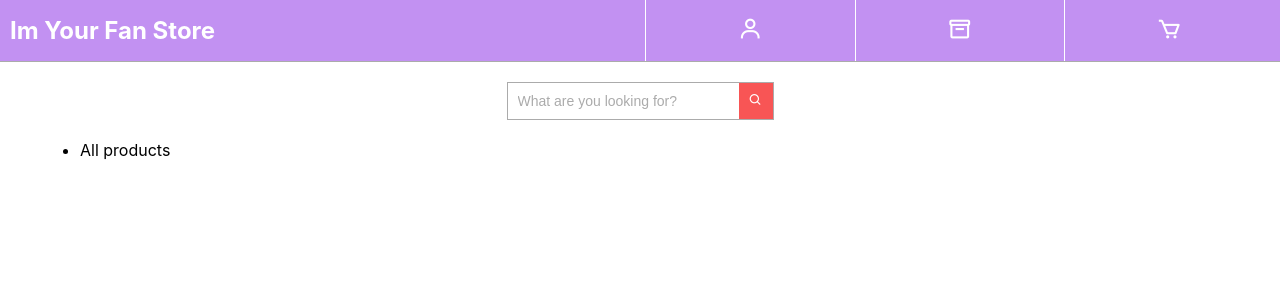
Repository: imyourfan-store/e-commerce
Page: /
An editor plug-in stored every save of this project. The page is shown before and after the next save, followed by the edit.
The browser window is 1280 px wide. The pictures show the whole page.
The page's requests for data from a server got no answer. The project was rebuilt for these pictures with package versions that can differ from the ones it lists, and the page was loaded fresh each time. No one was signed in, and anything a server would have sent is missing. Also part of the build but not shown: vite.config.js, src/components/home/styles/ProductCard.css, src/components/home/ProductCard.jsx, src/pages/styles/Login.css, src/pages/Login.jsx, src/components/productId/styles/ProductInfo.css, src/components/productId/ProductInfo.jsx, src/components/productId/SimilarProducts.jsx and 14 more.

Above is the page before, as saved 2024-11-04 12:02:34.

### index.html
<!DOCTYPE html>
<html lang="en">
  <head>
    <meta charset="UTF-8" />
    <link rel="icon" type="image/svg+xml" href="/Icono Redes Sociales - IYF.jpg" />
    <meta name="viewport" content="width=device-width, initial-scale=1.0" />
    <link
      href="https://unpkg.com/boxicons@2.1.4/css/boxicons.min.css"
      rel="stylesheet"
    />
    <title>Im Your Fan Store</title>
  </head>
  <body>
    <div id="root"></div>
    <script type="module" src="/src/main.jsx"></script>
  </body>
</html>

### src/main.jsx
import React from 'react'
import ReactDOM from 'react-dom/client'
import App from './App'
import './index.css'
import { HashRouter } from 'react-router-dom'
import { Provider } from 'react-redux'
import store from './store'

ReactDOM.createRoot(document.getElementById('root')).render(
  <React.StrictMode>
    <HashRouter>
      <Provider store={store}>
        <App />
      </Provider>
    </HashRouter>
  </React.StrictMode>,
)

### src/App.jsx
import { Route, Routes } from 'react-router-dom'
import './App.css'
import Home from './pages/Home'
import Login from './pages/Login'
import ProductId from './pages/ProductId'
import Purchases from './pages/Purchases'
import Cart from './pages/Cart'
import ProtectedRoutes from './components/app/ProtectedRoutes'
import Header from './layout/Header'

function App() {

  return (
    <div className="App">
      <Header />
      <Routes>
        <Route path='/' element={<Home />} />
        <Route path='/login' element={<Login />} />
        <Route path='/products/:id' element={<ProductId />} />

        <Route element={<ProtectedRoutes />}>
          <Route path='/purchases' element={<Purchases />} />
          <Route path='/cart' element={<Cart />} />
        </Route>
      </Routes>
    </div>
  )
}

export default App

### src/index.css
:root {
  --color-gray: #ababab;
  --color-red: #f85555;
}

/* Reset */
* {
  box-sizing: border-box;
}

body {
  margin: 0;
  font-family: 'Inter', sans-serif;
}

img {
  width: 100%;
  display: block;
}

a {
  font-family: inherit;
  text-decoration: none;
}

input {
  outline: none;
}

### src/store/index.js
import { configureStore } from '@reduxjs/toolkit'
import products from './slices/products.slice'
import userInfo from './slices/userInfo.slice'
import cart from './slices/cart.slice'

export default configureStore({
  reducer: { products, userInfo, cart },
})

### src/pages/Home.jsx
import React, { useEffect, useState } from 'react';
import { useDispatch, useSelector } from 'react-redux';
import { getAllProducts } from '../store/slices/products.slice';
import ProductCard from '../components/home/ProductCard';
import Categories from '../components/home/Categories';
import './styles/Home.css';

const Home = () => {
  const [nameProduct, setNameProduct] = useState('');
  const [filterProducts, setFilterProducts] = useState([]);
  const [category, setCategory] = useState('');

  const products = useSelector((state) => state.products);

  const dispatch = useDispatch();

  const handleSubmit = (e) => {
    e.preventDefault();
    const newName = e.target.nameProduct.value;
    setNameProduct(newName);
  };

  useEffect(() => {
    dispatch(getAllProducts());
  }, []);

  useEffect(() => {
    setFilterProducts(products);
  }, [products]);

  useEffect(() => {
    const newProducts = products.filter(
      (product) =>
        product.name.toLowerCase().includes(nameProduct.toLowerCase()) &&
        (product.Categories[0].id === category || !category)
    );
    setFilterProducts(newProducts);
  }, [nameProduct, category]);

  return (
    <main className="home">
      <form className="home__form" onSubmit={handleSubmit}>
        <div className="home__form-div">
          <input className="home__form-input" type="text" id="nameProduct" placeholder="What are you looking for?" />
          <button className="home__form-btn">
            <i className="bx bx-search"></i>
          </button>
        </div>
      </form>
      <Categories setCategory={setCategory} />
      <section className="home__container">
        {filterProducts.map((product) => (
          <ProductCard key={product.id} product={product} />
        ))}
      </section>
    </main>
  );
};

export default Home;

### src/layout/Header.jsx
import React from 'react'
import { NavLink } from 'react-router-dom'
import './styles/Header.css'

const Header = () => {
  return (
    <header className='header'>
      <NavLink className='header__page-name' to='/'><h1>Im Your Fan Store</h1></NavLink>
      <ul className='header__navbar'>
        <li className='header__link'><NavLink to='/login'><i className='bx bx-user'></i></NavLink></li>
        <li className='header__link'><NavLink to='/purchases'><i className='bx bx-box'></i></NavLink></li>
        <li className='header__link'><NavLink to='/cart'><i className='bx bx-cart'></i></NavLink></li>
      </ul>
    </header>
  )
}

export default Header

### src/store/slices/products.slice.js
import { createSlice } from '@reduxjs/toolkit';
import axios from 'axios';

const productsSlice = createSlice({
  name: 'products',
  initialState: [],
  reducers: {
    setProductsGlobal: (state, action) => action.payload,
  },
});

export const { setProductsGlobal } = productsSlice.actions;

export default productsSlice.reducer;

export const getAllProducts = () => (dispatch) => {
  const URL = 'http://localhost:8000/api/products';
  axios
    .get(URL)
    .then((res) => {
      dispatch(setProductsGlobal(res.data.products));
    })
    .catch((err) => {
      console.log(err);
    });
};

### src/store/slices/userInfo.slice.js
import { createSlice } from '@reduxjs/toolkit';
import axios from 'axios';

const defaultValues = {
  token: '',
  user: {},
};

const userInfoSlice = createSlice({
  name: 'userInfo',
  initialState: JSON.parse(localStorage.getItem('userInfo')) ?? defaultValues,
  reducers: {
    setUserInfoGlobal: (state, action) => action.payload,
  },
});

export const { setUserInfoGlobal } = userInfoSlice.actions;

export default userInfoSlice.reducer;

export const loginUserThunk = (data) => (dispatch) => {
  const URL = 'http://localhost:8000/api/auth/login';
  axios
    .post(URL, data)
    .then((res) => {
      dispatch(setUserInfoGlobal(res.data));
      localStorage.setItem('userInfo', JSON.stringify(res.data));
    })
    .catch((err) => {
      console.log(err);
    });
};

export const logOutUserThunk = () => (dispatch) => {
  localStorage.removeItem('userInfo');
  dispatch(setUserInfoGlobal(defaultValues));
};

### src/store/slices/cart.slice.js
import { createSlice } from '@reduxjs/toolkit';
import axios from 'axios';
import { getConfig } from '../../utils/configAxios';

const cartSlice = createSlice({
  name: 'cart',
  initialState: [],
  reducers: {
    setCartGlobal: (state, action) => action.payload,
  },
});

export const { setCartGlobal } = cartSlice.actions;

export default cartSlice.reducer;

export const getAllCartProducts = () => (dispatch) => {
  const URL = 'http://localhost:8000/api/cart';
  axios
    .get(URL, getConfig())
    .then((res) => {
      dispatch(setCartGlobal(res.data.cart.Products));
    })
    .catch((err) => {
      console.log(err);
    });
};

export const addProductCart = (data) => (dispatch) => {
  const URL = 'http://localhost:8000/api/cart/add-product';
  axios
    .post(URL, data, getConfig())
    .then((res) => {
      console.log(res.data);
    })
    .catch((err) => {
      console.log(err);
    });
};

export const deleteProductCart = (id) => (dispatch) => {
  const URL = `http://localhost:8000/api/cart/remove-product/${id}`;
  axios
    .delete(URL, getConfig())
    .then((res) => {
      dispatch(getAllCartProducts());
    })
    .catch((err) => {
      console.log(err);
    });
};

export const purchaseCart = (data) => (dispatch) => {
  const URL = 'http://localhost:8000/api/purchases';
  axios
    .post(URL, data, getConfig())
    .then((res) => {
      dispatch(setCartGlobal([]));
    })
    .catch((err) => {
      console.log(err);
    });
};

### src/components/home/Categories.jsx
import axios from 'axios';
import React, { useEffect, useState } from 'react';

const Categories = ({ setCategory }) => {
  const [categories, setCategories] = useState([]);

  const handleCategory = (id) => {
    setCategory(id);
  };

  useEffect(() => {
    const URL = 'http://localhost:8000/api/categories';
    axios
      .get(URL)
      .then((res) => {
        setCategories(res.data.categories);
      })
      .catch((err) => {
        console.log(err);
      });
  }, []);

  return (
    <section>
      <ul>
        <li onClick={() => handleCategory('')}>All products</li>
        {categories.map((category) => (
          <li onClick={() => handleCategory(category.id)} key={category.id}>
            {category.name}
          </li>
        ))}
      </ul>
    </section>
  );
};

export default Categories;

### src/pages/styles/Home.css
.home {
  margin: 0 auto;
  max-width: 1200px;
}

.home__form {
  width: max-content;
  margin: 20px auto;
  border: 1px solid var(--color-gray);
}

.home__form-input {
  color: var(--color-gray);
  padding: 10px 40px 10px 10px;
  border: none;
  font-size: 14px;
}

.home__form-input::placeholder {
  color: var(--color-gray);
}

.home__form-btn {
  font-size: 14px;
  padding: 10px;
  border: none;
  color: white;
  background-color: var(--color-red);
  cursor: pointer;
}

.home__container {
  display: grid;
  grid-template-columns: repeat(auto-fill, minmax(270px, 1fr));
  justify-items: center;
  grid-template-rows: auto;
  gap: 40px;
  margin: 0 20px 20px 20px;
}

### src/utils/configAxios.js
export const getConfig = () => {
  const { token } = JSON.parse(localStorage.getItem('userInfo'))
  const config = {
    headers: {
      Authorization: `Bearer ${token}`,
    },
  }
  return config
}

### src/layout/styles/Header.css
:root {
  --color-lila: #C291F2;
  --color-texto: #000000;
  --color-fussia: #D504D9;
  --color-azul: #79C4F2;
  --color-mostaza: #F2B705;
  --color-naranja: #F28705;
  --color-input: #EEF5F9;
  --color-blanquito: #ffffff;
  --color-celeste: #79C4F2;
  --color-rgba-rojo: rgba(255, 0, 0, 0.1);
  --color-rojo: #FF0000;
}

.header {
  display: flex;
  justify-content: space-between;
  align-items: stretch;
  position: sticky;
  top: 0;
  z-index: 2;
  background-color: var(--color-lila);
  border-bottom: 1px solid var(--color-gray);
}

.header__page-name {
  font-size: 12px;
  color: var(--color-blanquito);
  flex: 1 1;
  margin-left: 10px;
  transition: transform 0.3s ease; /* Agrega una transición para el zoom */
  overflow: hidden; /* Asegura que el contenido no se salga */
  white-space: nowrap; /* Evita que el texto se divida en varias líneas */
}

/* Efecto de zoom al pasar el mouse sobre el nombre de la página */
.header__page-name:hover {
  transform: scale(1.008); /* Escala ligeramente el texto, ajusta según sea necesario */
}
.header__navbar {
  display: flex;
  list-style: none;
  font-size: 25px;
  margin: 0;
  padding: 0;
  flex: 1 1;
}

.header__link {
  display: flex;
  justify-content: center;
  align-items: center;
  width: 33%;
  border-left: 1px solid var(--color-blanquito);
  transition: transform 0.3s ease, background-color 0.3s ease; /* Agrega una transición */
}

/* Estilos para el hover */
.header__link:hover {
  transform: scale(1.1); /* Escalar el elemento */
  background-color: var(--color-azul); /* Cambiar color de fondo al hacer hover */
  cursor: pointer; /* Cambiar el cursor a puntero */
}

@media (max-width: 600px) {
  .header__link {
    border-left: none;
  }
}

.header__link a {
  color: var(--color-blanquito);
}

### src/layout/styles/index.css
:root {
    --color-lila: #C291F2; /* Color lila claro */
    --color-texto: #000000;
    --color-fussia: #D504D9;
    --color-azul: #79C4F2;
    --color-mostaza: #F2B705;
    --color-naranja: #F28705;
    --color-input: #EEF5F9;
    --color-blanquito: #ffffff;
    --color-celeste: #79C4F2;
    --color-rgba-rojo: rgba(255, 0, 0, 0.1);
    --color-rojo: #FF0000;
}

body {
    margin: 0;
    font-family: Arial, sans-serif; /* Tipo de letra uniforme */
    background-color: var(--color-lila); /* Usar la variable correctamente */
}

h1 {
    color: #333; /* Puedes cambiar el color del h1 si lo deseas */
}

Loaded but not shown: src/App.css (no stored copy; drawn as an empty file)

After the next save:
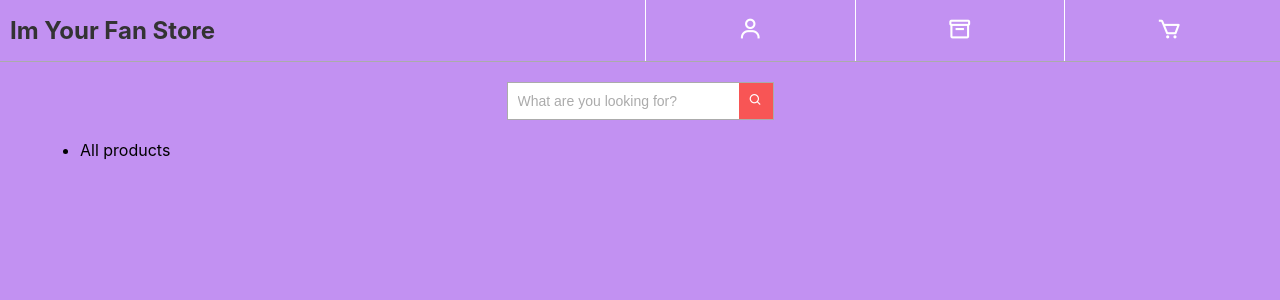
Saved 10 s later.
--- a/index.html
+++ b/index.html
@@ -4,6 +4,7 @@
     <meta charset="UTF-8" />
     <link rel="icon" type="image/svg+xml" href="/Icono Redes Sociales - IYF.jpg" />
     <meta name="viewport" content="width=device-width, initial-scale=1.0" />
+    <link rel="stylesheet" href="./src/layout/styles/index.css">
     <link
       href="https://unpkg.com/boxicons@2.1.4/css/boxicons.min.css"
       rel="stylesheet"
